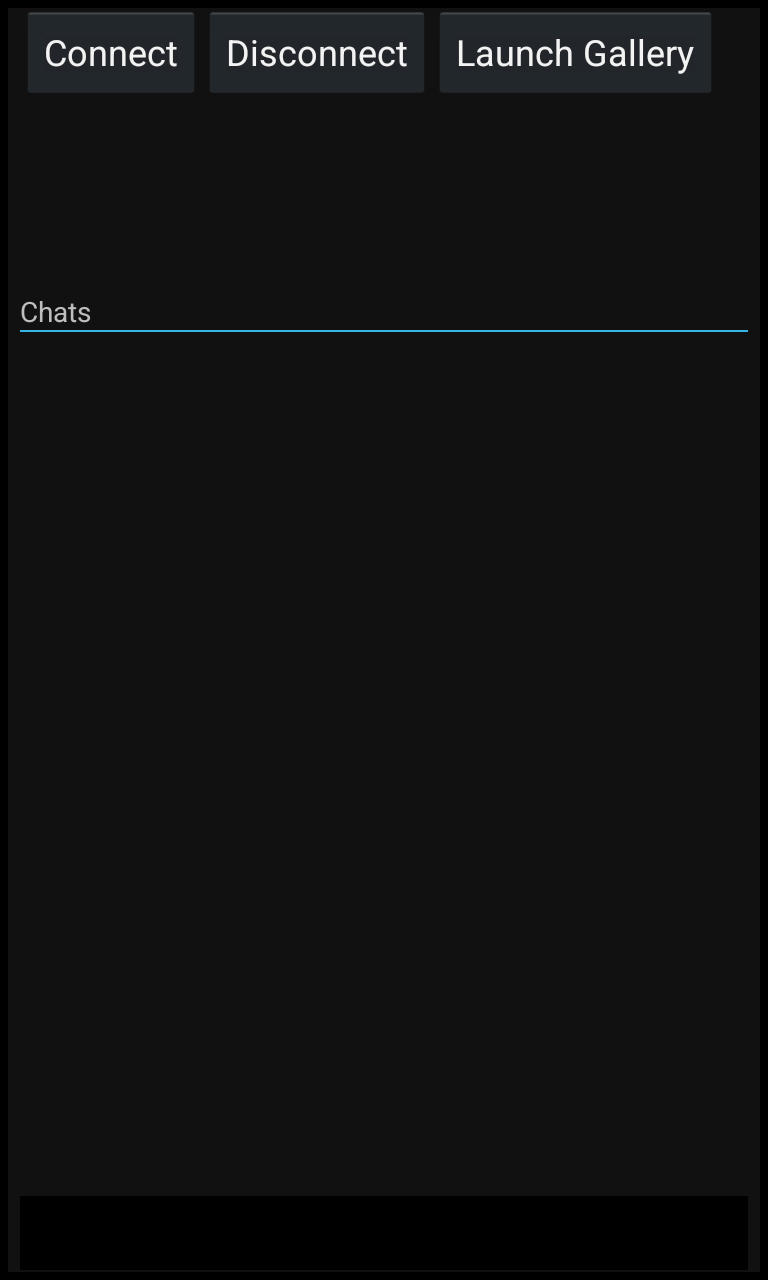
Repository: flyingbuffalo/AndroidTest
Layout: WiFiDirectDemo/res/layout/device_detail.xml
An editor plug-in stored every save of this project. The layout is shown before and after the next save, followed by the edit.
It is drawn on a 768 x 1280 px phone screen (xhdpi) without system bars, with theme android:Theme.Holo; the app's code is not run. Lists and similar views that code fills are empty.

Above is the layout before, as saved 2014-08-05 13:10:11.

After the next save:
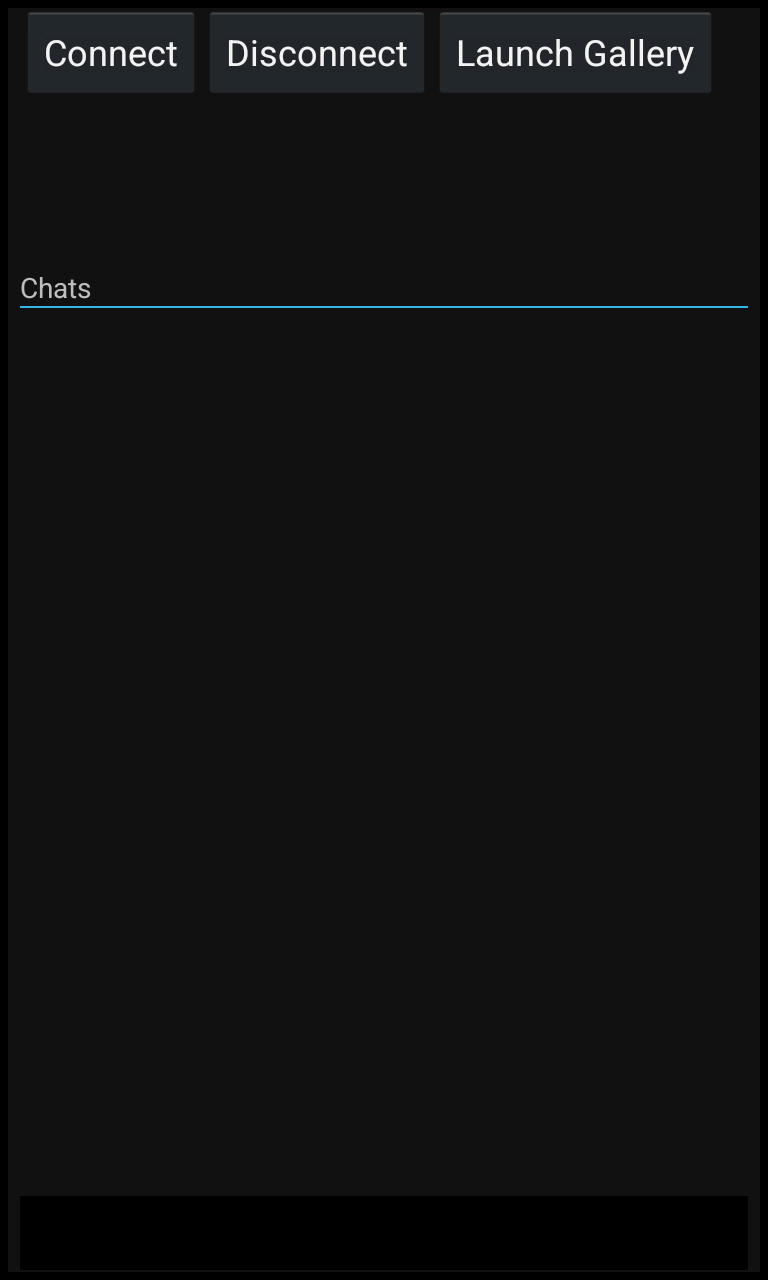
Saved 6 s later.
--- a/WiFiDirectDemo/res/layout/device_detail.xml
+++ b/WiFiDirectDemo/res/layout/device_detail.xml
@@ -54,7 +54,7 @@
             android:layout_height="wrap_content" />
 
         <TextView
-            android:layout_marginTop="20dp"
+            android:layout_marginTop="8dp"
 	        android:layout_width="fill_parent"
 	        android:layout_height="wrap_content"
 	        android:gravity="center_vertical"
